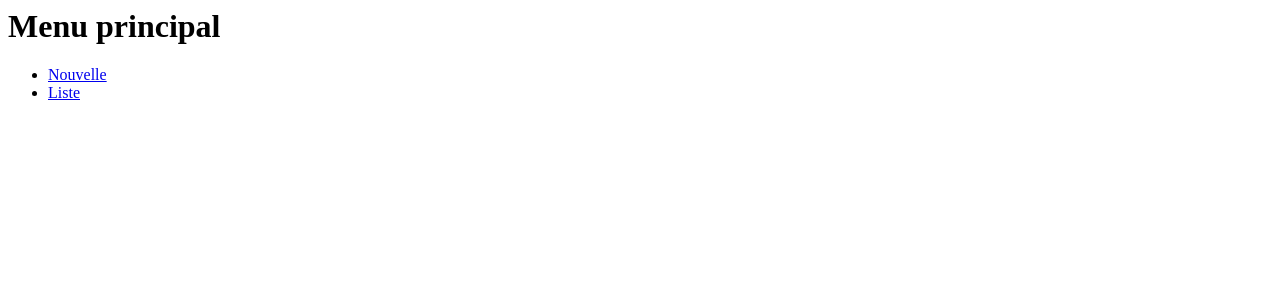
Repository: JulesThuillier/INF3710---TP4
Page: http://localhost/TP4/
An editor plug-in stored every save of this project. The page is shown before and after the next save, followed by the edit.
The browser window is 1280 px wide. The pictures show the whole page.
The page is served by Tomcat 9.

Above is the page before, as saved 2015-11-20 22:19:52.

After the next save:
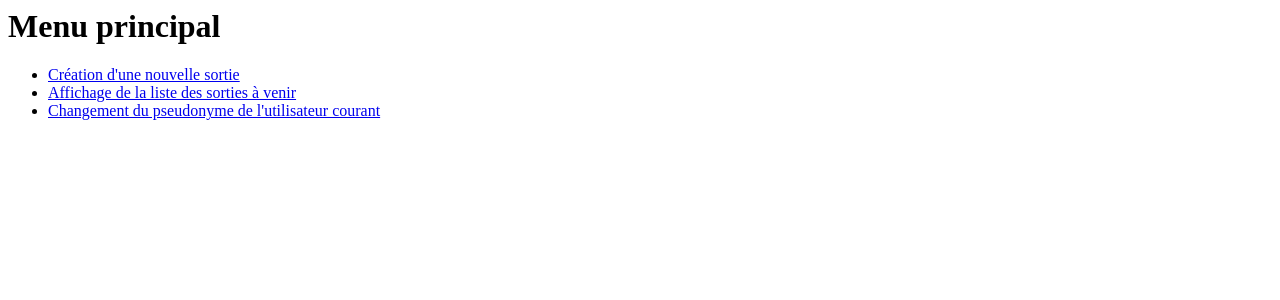
Saved 2 min 55 s later.
--- a/TP4/TP4/WebContent/index.jsp
+++ b/TP4/TP4/WebContent/index.jsp
@@ -5,8 +5,9 @@
 <body>
     <h1>Menu principal</h1>
     <ul>
-        <li><a href="sortie?option=new">Nouvelle</a></li>
-        <li><a href="sortie?option=list">Liste</a></li>
+        <li><a href="sortie?option=new">Création d'une nouvelle sortie</a></li>
+        <li><a href="sortie?option=list">Affichage de la liste des sorties à venir</a></li>
+        <li><a href="sortie?option=list">Changement du pseudonyme de l'utilisateur courant</a></li>
     </ul>
 </body>
 </html>
